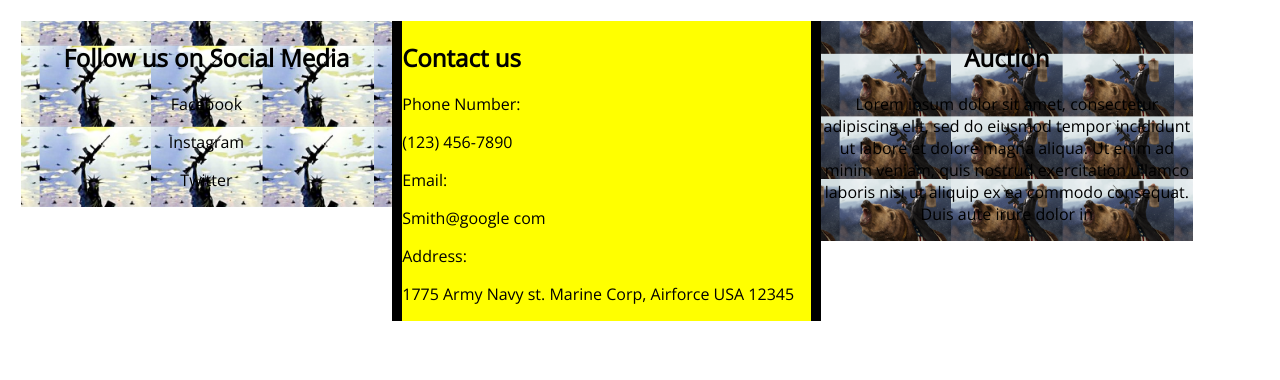
Repository: 3EyEdRav3n/10-2020-cohort-course
Page: week-1/Week-1 Assignment/index.html
An editor plug-in stored every save of this project. The page is shown before and after the next save, followed by the edit.
The browser window is 1280 px wide. The pictures show the whole page.

Above is the page before, as saved 2020-11-01 21:53:28.

After the next save:
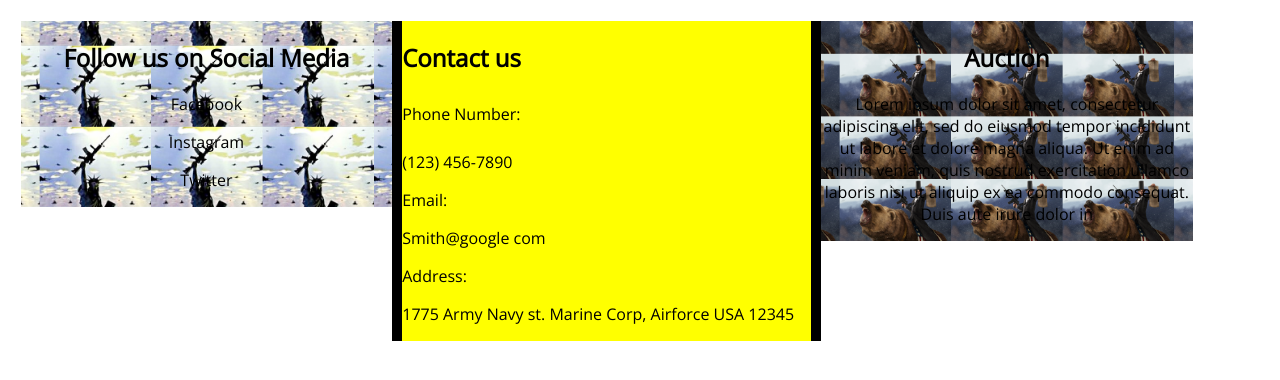
Saved 42 s later.
--- a/week-1/Week-1 Assignment/styles.css
+++ b/week-1/Week-1 Assignment/styles.css
@@ -33,6 +33,8 @@
 
 }
 .ph{
+        padding-top: 10px;
+        padding-bottom: 10px;
         text-align: left;
 }
 .em{
